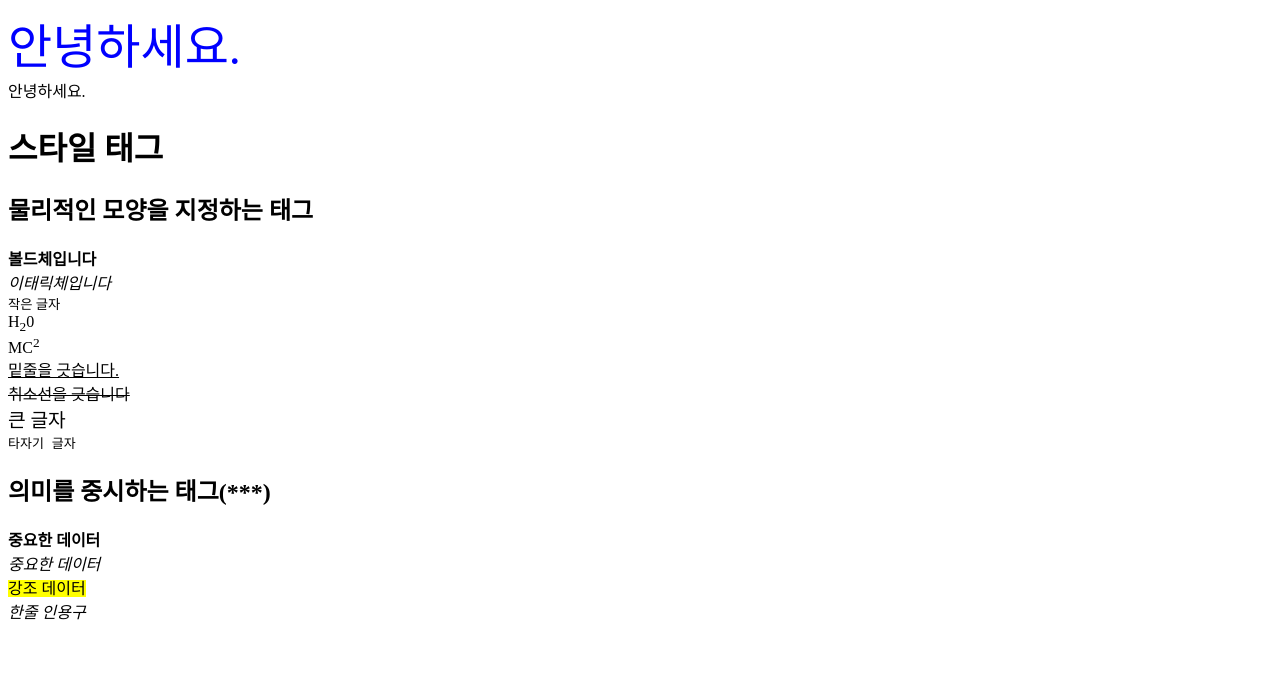
Repository: sujin9335/Front-end
Page: ClientTest/src/main/webapp/html/ex09_style.html
An editor plug-in stored every save of this project. The page is shown before and after the next save, followed by the edit.
The browser window is 1280 px wide. The pictures show the whole page.

Above is the page before, as saved 2023-09-20 01:46:14.

### ClientTest/src/main/webapp/html/ex09_style.html
<!DOCTYPE html>
<html>
<head>
<meta charset="UTF-8">
<title>Insert title here</title>
</head>
<body>

	<!--

		HTML > 골격 구성 + 데이터 표현 + 서식 기능(절대 사용 안함)
		CSS  > 디자인(서식 구현)


	-->

	<font size="7" color="blue">안녕하세요.</font>
	<br>
	안녕하세요.

	<h1>스타일 태그</h1>

	<h2>물리적인 모양을 지정하는 태그</h2>

	<b>볼드체입니다</b><br>
	<i>이태릭체입니다</i><br>
	<small>작은 글자</small><br>

	H<sub>2</sub>0<br> <!-- 밑첨자 -->
	MC<sup>2</sup><br> <!-- 윗첨자 -->

	<u>밑줄을 긋습니다.</u><br>
	<strike>취소선을 긋습니다</strike><br>
	<big>큰 글자</big><br>
	<tt>타자기 글자</tt>

	<h2>의미를 중시하는 태그(***)</h2>

	<strong>중요한 데이터</strong><br> <!-- 볼드체랑 같지만, 내용중 중심이되는걸 표현하는 태그 -->
	<em>중요한 데이터</em><br>
	<mark>강조 데이터</mark><br>
	<cite>한줄 인용구</cite>



</body>
</html>

After the next save:
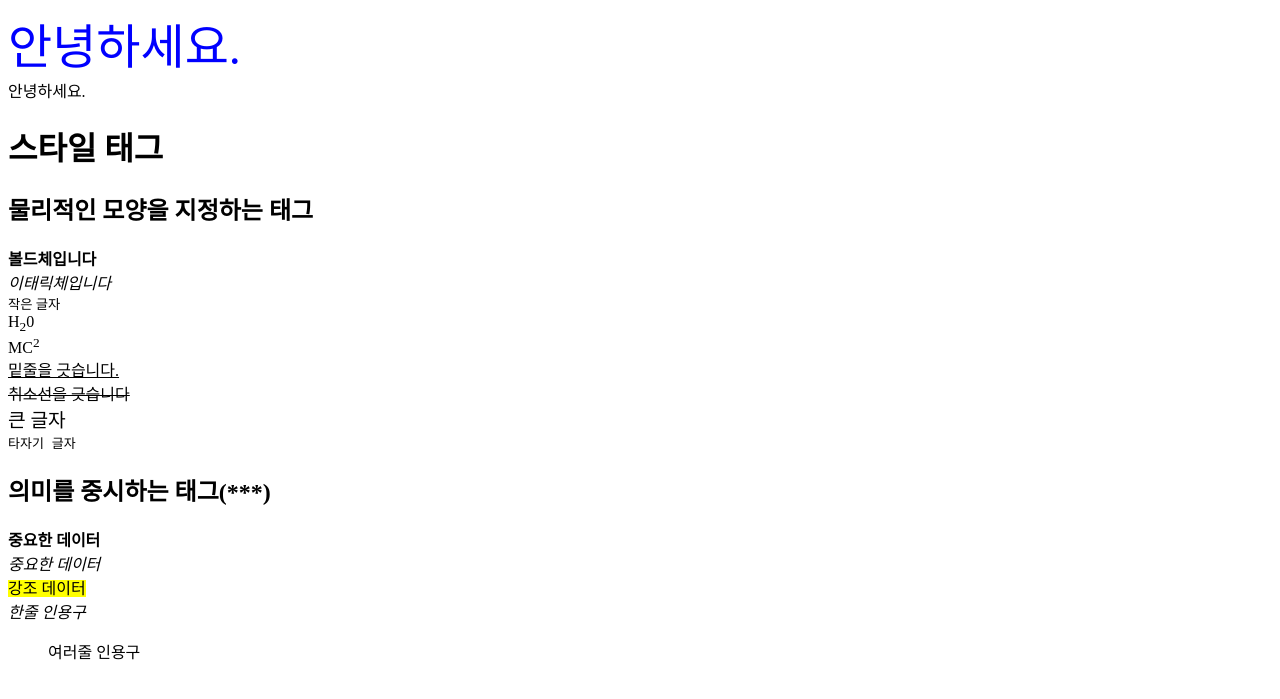
Saved 29 s later.
--- a/ClientTest/src/main/webapp/html/ex09_style.html
+++ b/ClientTest/src/main/webapp/html/ex09_style.html
@@ -39,7 +39,8 @@
 	<strong>중요한 데이터</strong><br> <!-- 볼드체랑 같지만, 내용중 중심이되는걸 표현하는 태그 -->
 	<em>중요한 데이터</em><br>
 	<mark>강조 데이터</mark><br>
-	<cite>한줄 인용구</cite>
+	<cite>한줄 인용구</cite><br>
+	<blockquote>여러줄 인용구</blockquote>
 
 
 
